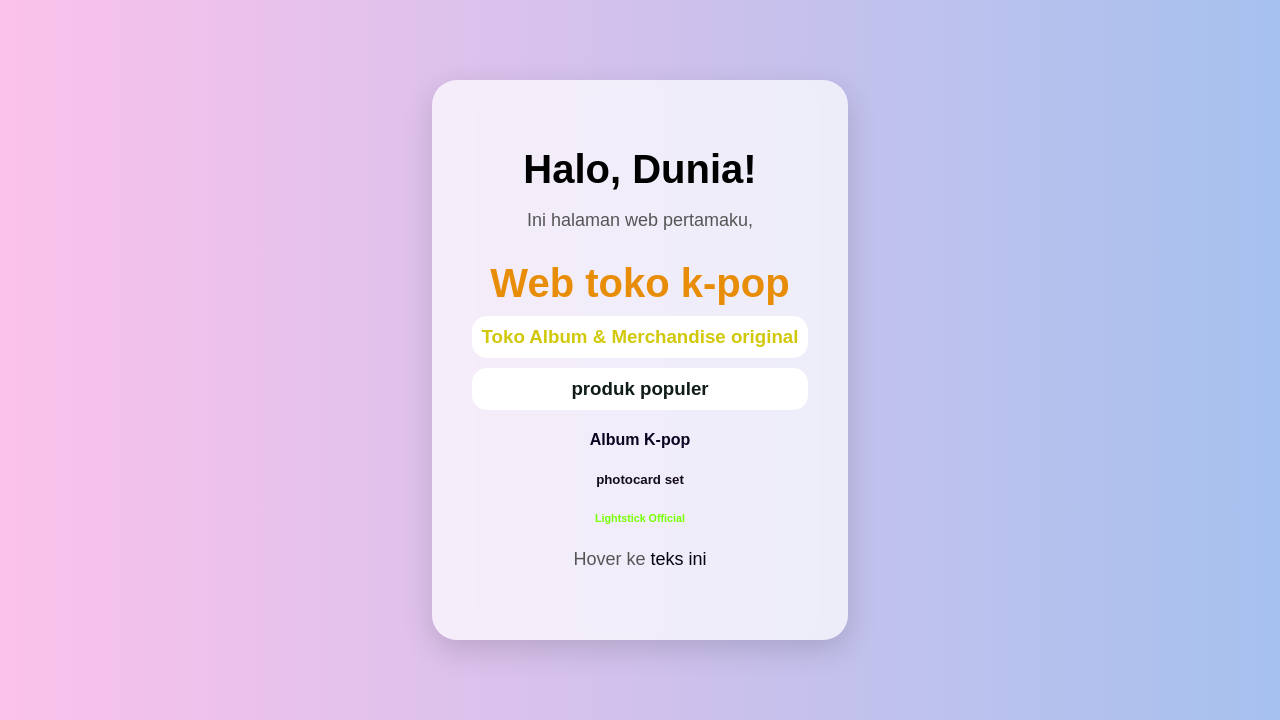
Repository: sekartazivi/241552010020-Web-Application-Development
Page: test.html
The author's editor kept a copy of each file at every save. The page is drawn from the files as they stood at one save, then again after a run of saves.
The browser window is 1280 px wide. The pictures show the whole page.

Above is the page before, as saved 2026-02-20 09:23:55.

After the next 5 saves:
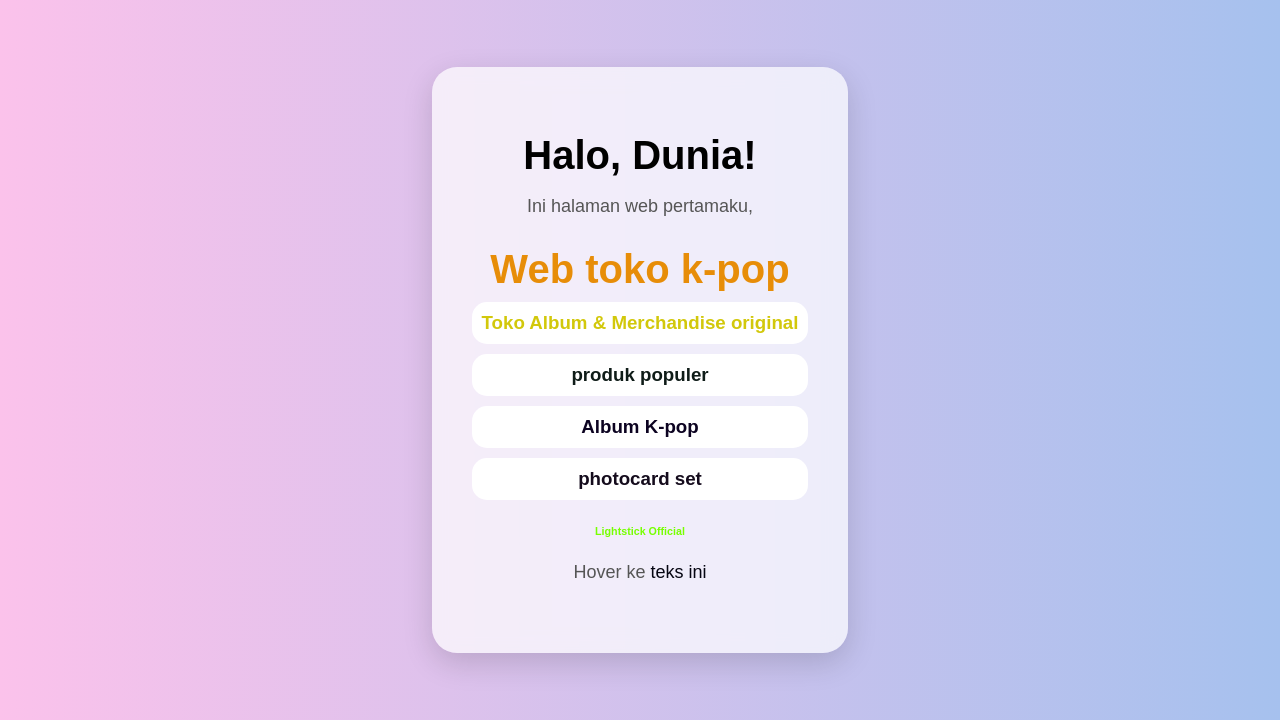
The 5 saves are shown as one change because they came seconds apart.
The last was saved 15 s later.
--- a/test.html
+++ b/test.html
@@ -64,8 +64,8 @@
     <h1 style="color: rgb(231, 141, 8);">Web toko k-pop</h1>
     <h3 style="color: rgb(210, 200, 11);">Toko Album & Merchandise original</h3>
     <h3 style="color: rgb(15, 28, 24);" >produk populer</h3>
-    <h4 style="color: rgb(12, 3, 33);" >Album K-pop</h4>
-    <h5 style="color: rgb(20, 11, 28);">photocard set</h5>
+    <h3 style="color: rgb(12, 3, 33);" >Album K-pop</h3>
+    <h3 style="color: rgb(20, 11, 28);">photocard set</h5>
     <h6 style="color: rgb(119, 255, 0);">Lightstick Official</h6>
 <style>
 .tooltip {
